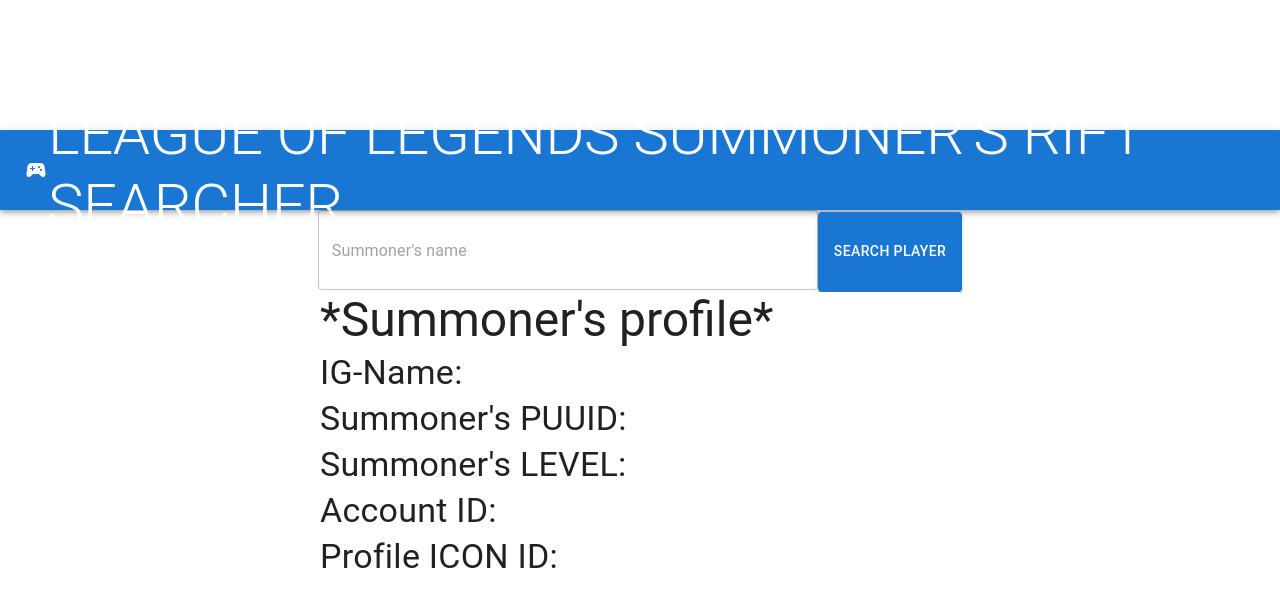
Repository: Mikerr21/League-Of-Legends-API
Page: /
An editor plug-in stored every save of this project. The page is shown before and after the next save, followed by the edit.
The browser window is 1280 px wide. The pictures show the whole page.
The page's requests for data from a server got no answer. The project was rebuilt for these pictures with package versions that can differ from the ones it lists, and the page was loaded fresh each time. No one was signed in, and anything a server would have sent is missing.

Above is the page before, as saved 2022-09-24 22:44:28.

### public/index.html
<!DOCTYPE html>
<html lang="en">
  <head>
    <meta charset="utf-8" />
    <link rel="icon" href="%PUBLIC_URL%/favicon.ico" />
    <meta name="viewport" content="width=device-width, initial-scale=1" />
    <meta name="theme-color" content="#000000" />
    <meta
      name="description"
      content="Web site created using create-react-app"
    />
    <link rel="apple-touch-icon" href="%PUBLIC_URL%/logo192.png" />

    <title>React App</title>
  </head>
  <body>
    <noscript>You need to enable JavaScript to run this app.</noscript>
    <div id="root"></div>

  </body>
</html>

### src/App.js
import React from "react";
import axios from "axios";
import { useState } from "react";
import { AppBar } from "@mui/material";
import { Toolbar } from "@mui/material";
import { CssBaseline } from "@mui/material";
import SportsEsportsIcon from "@mui/icons-material/SportsEsports";
import OutlinedInput from "@mui/material/OutlinedInput";

import { Typography } from "@mui/material";
import { Button } from "@mui/material";
import { Box } from "@mui/material";

import ListSubheader from "@mui/material/ListSubheader";
import List from "@mui/material/List";
import ListItemButton from "@mui/material/ListItemButton";
import ListItemIcon from "@mui/material/ListItemIcon";
import ListItemText from "@mui/material/ListItemText";
import Collapse from "@mui/material/Collapse";
import InboxIcon from "@mui/icons-material/MoveToInbox";
import DraftsIcon from "@mui/icons-material/Drafts";
import SendIcon from "@mui/icons-material/Send";
import ExpandLess from "@mui/icons-material/ExpandLess";
import ExpandMore from "@mui/icons-material/ExpandMore";
import StarBorder from "@mui/icons-material/StarBorder";
import Grid from "@mui/material/Grid";

function App() {
  const [searchPlayer, setSearchPlayer] = useState("");
  const [playerData, setPlayerData] = useState({});
  const API_KEY = "c4eb3244-2494-4789-a6a3-47b4f6d5b70a";

  function fetchPlayerData(event) {
    var API_KEY = "RGAPI-e5d7e95c-8a4e-4469-bf42-53bc6d1175b3";
    var API_CALL_STRING =
      "https://euw1.api.riotgames.com/lol/summoner/v4/summoners/by-name/" +
      searchPlayer +
      "?api_key=" +
      API_KEY;
    axios
      .get(API_CALL_STRING)
      .then(function (response) {
        //Success

        setPlayerData(response.data);
      })
      .catch(function (error) {
        //Error
        console.log(error);
      });
  }

  return (
    <div className="App">
      <CssBaseline />

      <Grid
        container
        spacing={0}
        direction="column"
        alignItems="center"
        justifyContent="center"
        style={{ minHeight: "100vh" }}
      >
        <CssBaseline />
        <AppBar position="static">
          <Toolbar variant="dense" style={{ height: "80px" }}>
            <SportsEsportsIcon></SportsEsportsIcon>
            <Typography variant="h2" component="h2">
              LEAGUE OF LEGENDS SUMMONER'S RIFT SEARCHER
            </Typography>
          </Toolbar>
        </AppBar>
        <Box>
          <OutlinedInput
            onChange={(e) => setSearchPlayer(e.target.value)}
            type="text"
            placeholder="Summoner's name"
            style={{ height: "80px", width: "500px" }}
          ></OutlinedInput>
          <Button
            onClick={fetchPlayerData()}
            variant="contained"
            style={{ height: "80px" }}
          >
            Search player
          </Button>
        </Box>

        <List
          sx={{ width: "50%", maxWidth: 660, bgcolor: "background.paper" }}
          component="nav"
          aria-labelledby="nested-list-subheader"
          subheader={<Typography variant="h3">*Summoner's profile*</Typography>}
        >
     <ListItemText>
            <Typography variant="h4">IG-Name:</Typography>
          </ListItemText>
          <ListItemText>
            <Typography variant="h5">{searchPlayer}</Typography>
          </ListItemText>
          <ListItemText>
            <Typography variant="h4">
              Summoner's PUUID:
            </Typography>
            <ListItemText>
            <Typography variant="h5">{playerData.puuid}</Typography>
          </ListItemText>
          </ListItemText>
          <ListItemText>
            <Typography variant="h4">
              Summoner's LEVEL:
            </Typography>
            <ListItemText>
            <Typography variant="h5">{playerData.summonerLevel}</Typography>
          </ListItemText>
          </ListItemText>
          <ListItemText>
            <Typography variant="h4">
              Account ID:
            </Typography>
            <ListItemText>
            <Typography variant="h5">{playerData.accountId}</Typography>
          </ListItemText>
          </ListItemText>
          <ListItemText>
            <Typography variant="h4">
              Profile ICON ID:
            </Typography>
            <ListItemText>
            <Typography variant="h5">{playerData.profileIconId}</Typography>
          </ListItemText>
          </ListItemText>
        </List>
      </Grid>
    </div>
  );
}

export default App;

Loaded but not shown: src/index.js (common file)

After the next save:
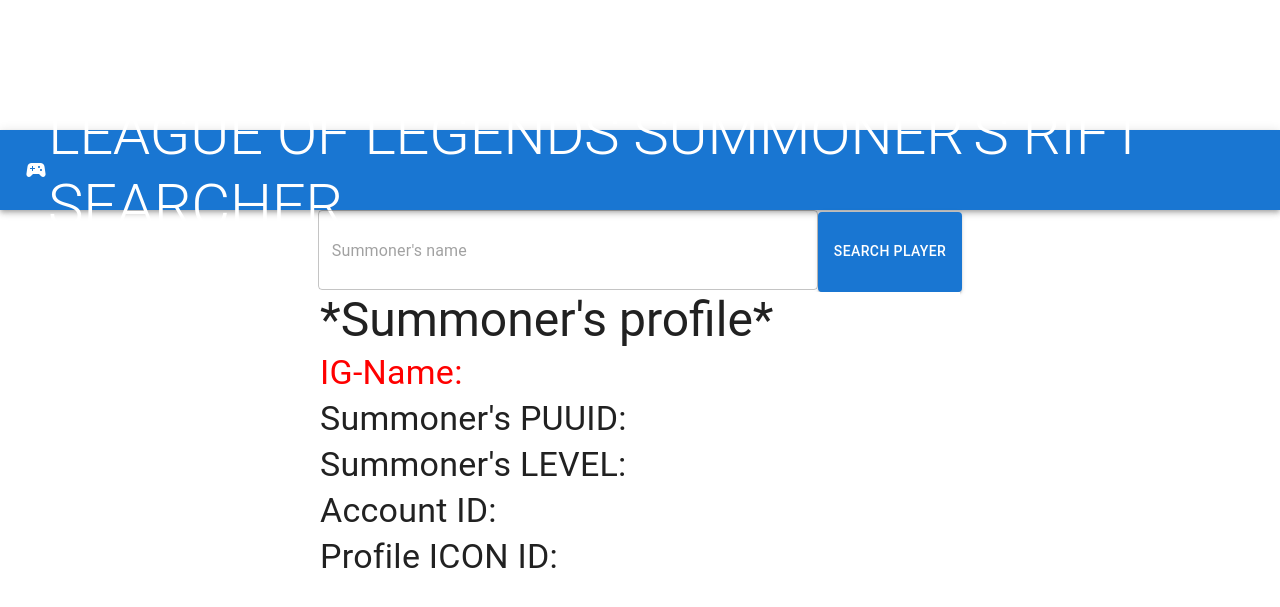
Saved 7 min 49 s later.
--- a/src/App.js
+++ b/src/App.js
@@ -94,7 +94,7 @@
           subheader={<Typography variant="h3">*Summoner's profile*</Typography>}
         >
      <ListItemText>
-            <Typography variant="h4">IG-Name:</Typography>
+            <Typography variant="h4" color="red">IG-Name:</Typography>
           </ListItemText>
           <ListItemText>
             <Typography variant="h5">{searchPlayer}</Typography>

After the save that followed:
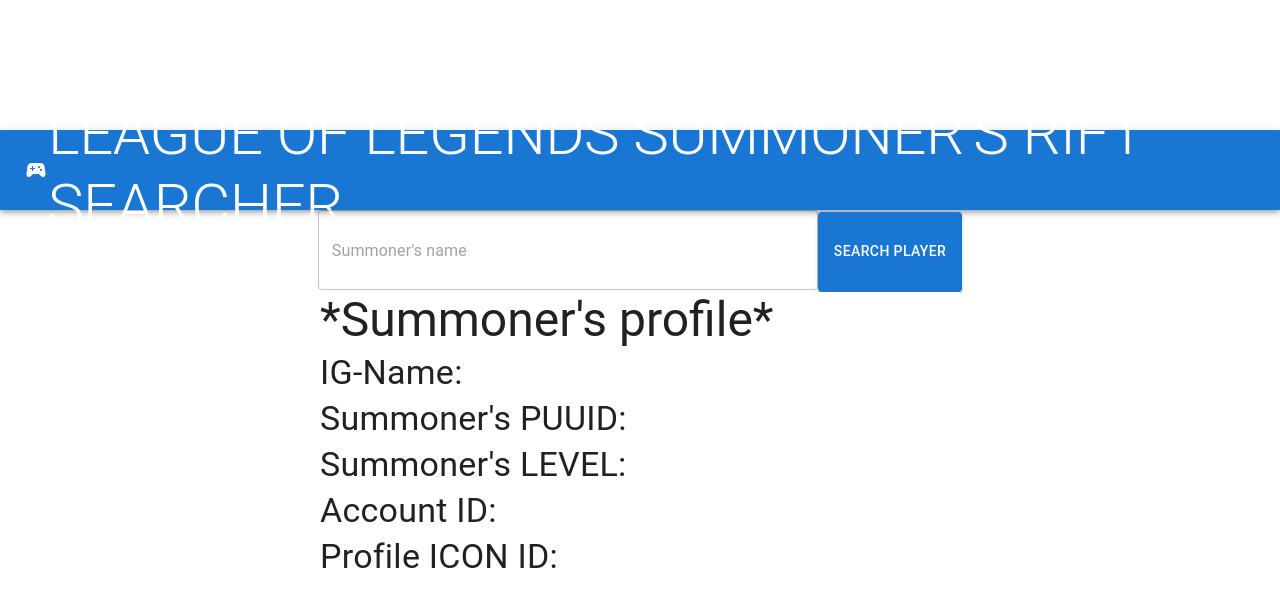
Saved 9 s later.
--- a/src/App.js
+++ b/src/App.js
@@ -94,7 +94,7 @@
           subheader={<Typography variant="h3">*Summoner's profile*</Typography>}
         >
      <ListItemText>
-            <Typography variant="h4" color="red">IG-Name:</Typography>
+            <Typography variant="h4" color="cykan">IG-Name:</Typography>
           </ListItemText>
           <ListItemText>
             <Typography variant="h5">{searchPlayer}</Typography>
